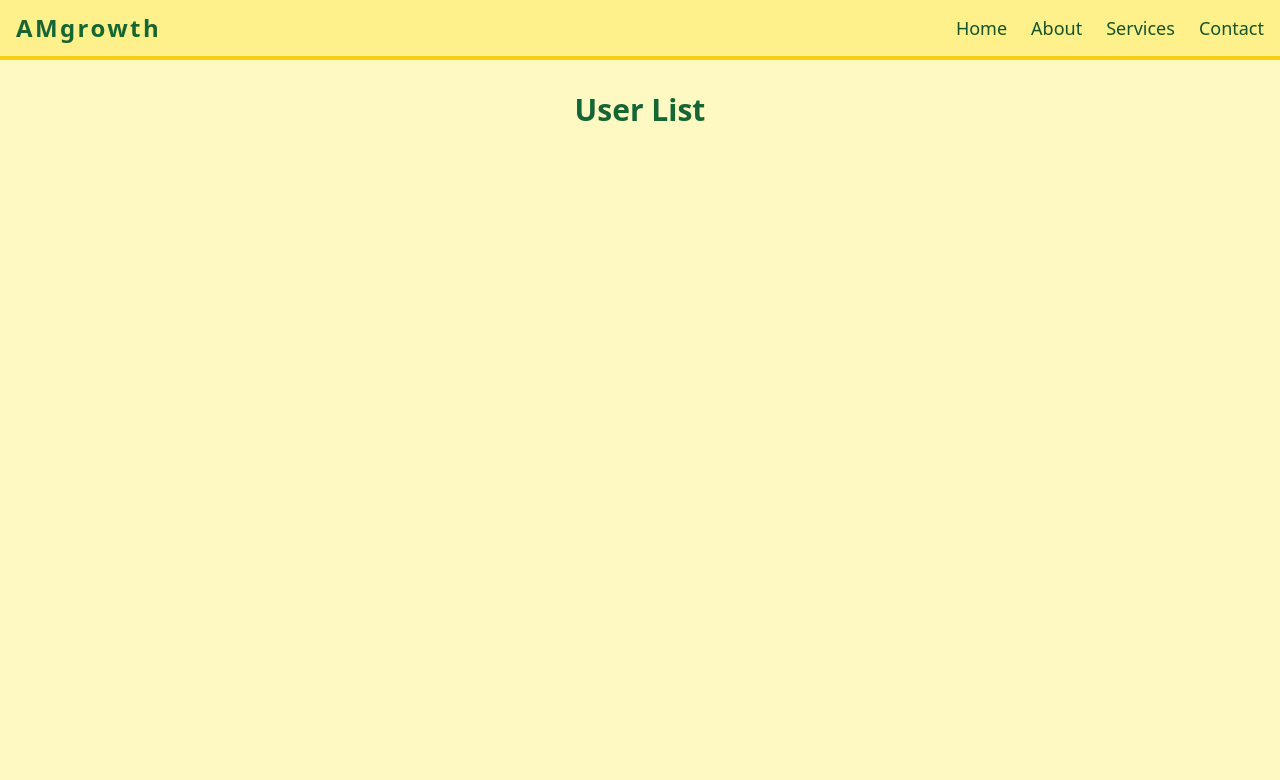
Repository: ArievfRahman-Dev/Mini-Project-II
Page: / (app in miniproject2/)
The author's editor kept a copy of each file at every save. The page is drawn from the files as they stood at one save, then again after the next save.
The browser window is 1280 px wide. The pictures show the whole page.
The page's requests for data from a server got no answer. The project was rebuilt for these pictures with package versions that can differ from the ones it lists, and the page was loaded fresh each time. No one was signed in, and anything a server would have sent is missing. Also part of the build but not shown: miniproject2/vite.config.js.

Above is the page before, as saved 2024-12-16 15:32:44.

After the next save:
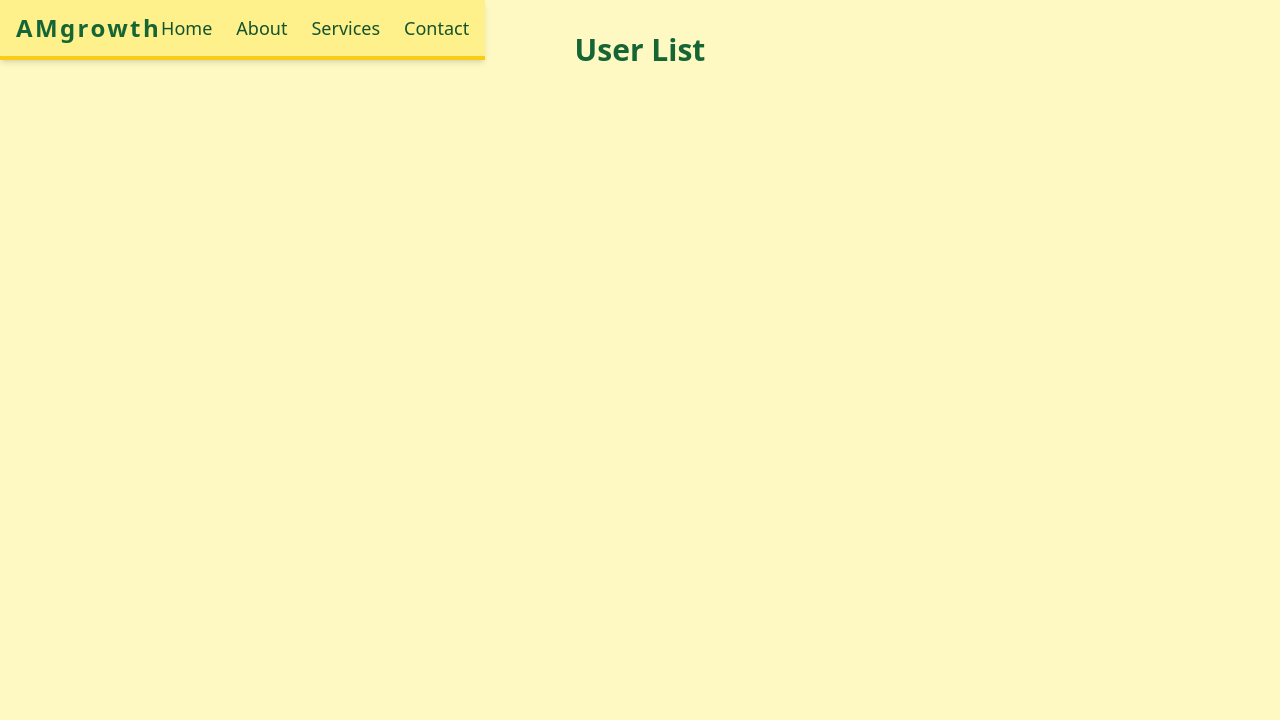
Saved 2 min 32 s later.
--- a/miniproject2/src/components/Navbar/index.jsx
+++ b/miniproject2/src/components/Navbar/index.jsx
@@ -1,6 +1,6 @@
 export const Navbar = () => {
   return (
-    <nav className="bg-yellow-200 border-b-4 border-yellow-400 shadow-md">
+    <nav className="bg-yellow-200 border-b-4 absolute border-yellow-400 shadow-md">
       <div className="container mx-auto px-4 py-3 flex justify-between items-center">
         {/* Logo */}
         <a

After the save that followed:
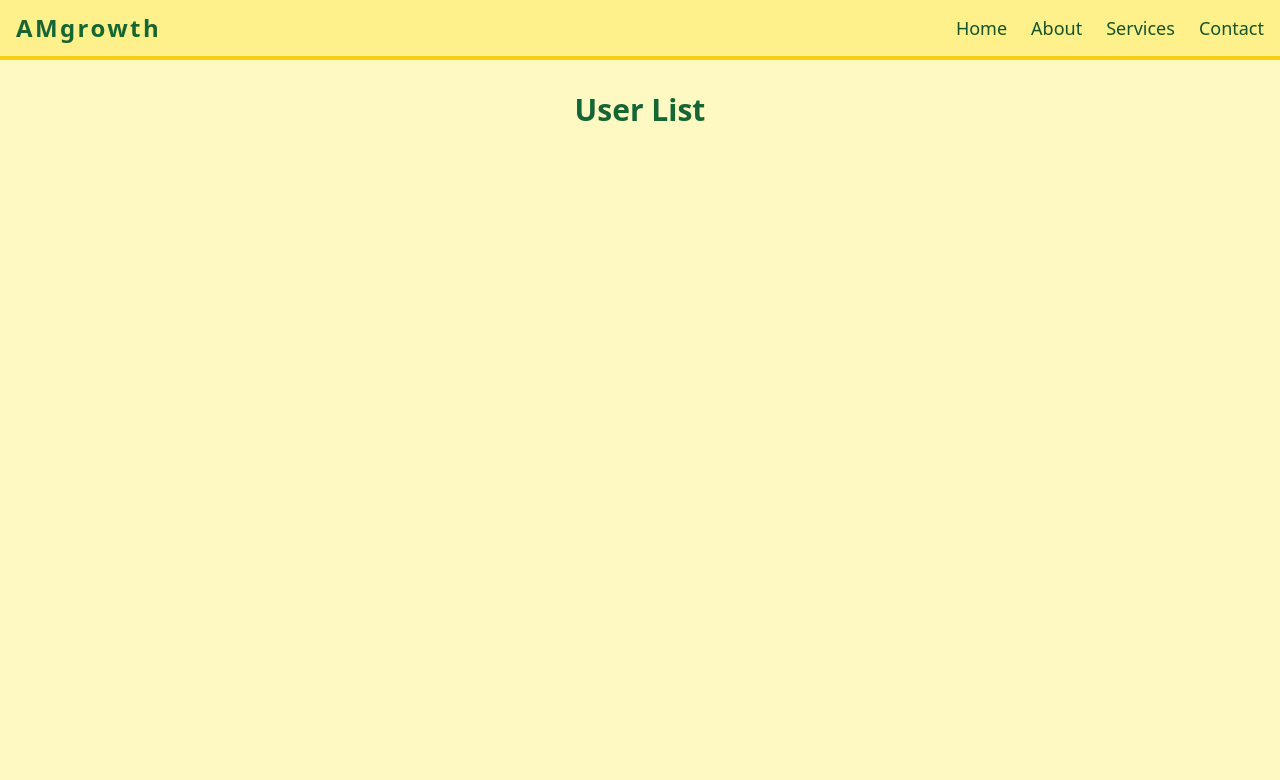
Saved 10 s later.
--- a/miniproject2/src/components/Navbar/index.jsx
+++ b/miniproject2/src/components/Navbar/index.jsx
@@ -1,6 +1,6 @@
 export const Navbar = () => {
   return (
-    <nav className="bg-yellow-200 border-b-4 absolute border-yellow-400 shadow-md">
+    <nav className="bg-yellow-200 border-b-4  border-yellow-400 shadow-md">
       <div className="container mx-auto px-4 py-3 flex justify-between items-center">
         {/* Logo */}
         <a
